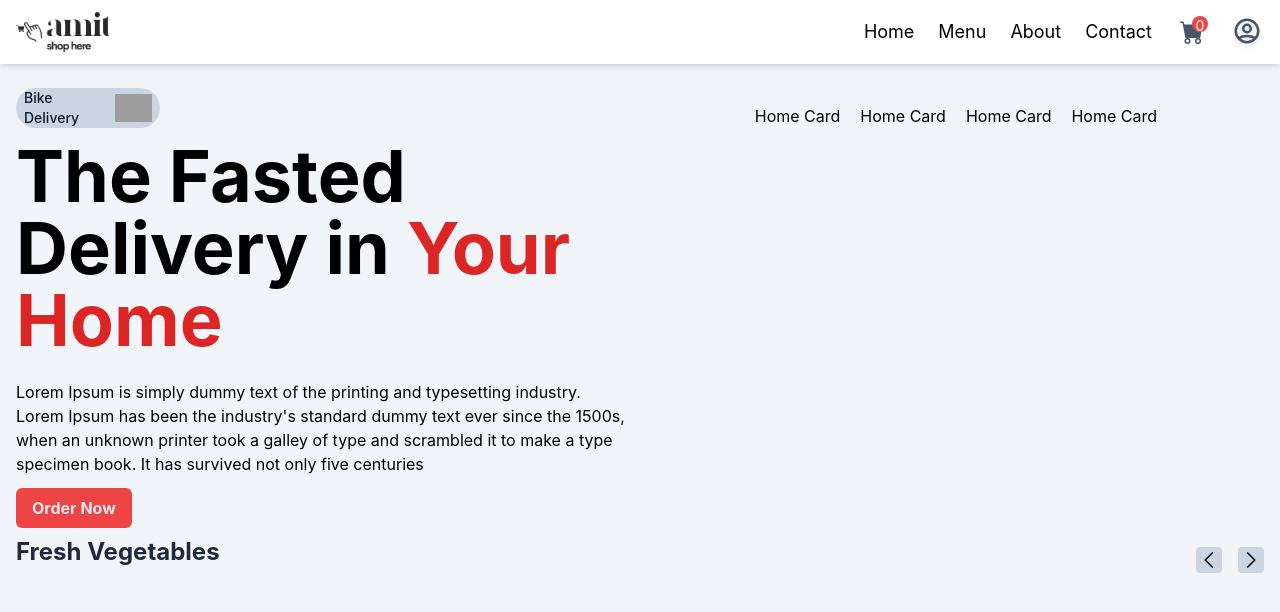
Repository: Lehuyhuynh/Web_ban_hoa_qua
Page: / (app in frontend/)
An editor plug-in stored every save of this project. The page is shown before and after the next save, followed by the edit.
The browser window is 1280 px wide. The pictures show the whole page.
Pictures or frames that could not be fetched are drawn as grey boxes. The page's requests for data from a server got no answer. The project was rebuilt for these pictures with package versions that can differ from the ones it lists, and the page was loaded fresh each time. No one was signed in, and anything a server would have sent is missing. Also part of the build but not shown: frontend/src/page/Menu.js, frontend/src/page/About.js, frontend/src/page/Contact.js, frontend/src/page/login.js, frontend/src/utility/ImagetoBase64.js, frontend/src/page/Newproduct.js, frontend/src/page/Signup.js.

Above is the page before, as saved 2024-01-05 21:10:50.

After the next save:
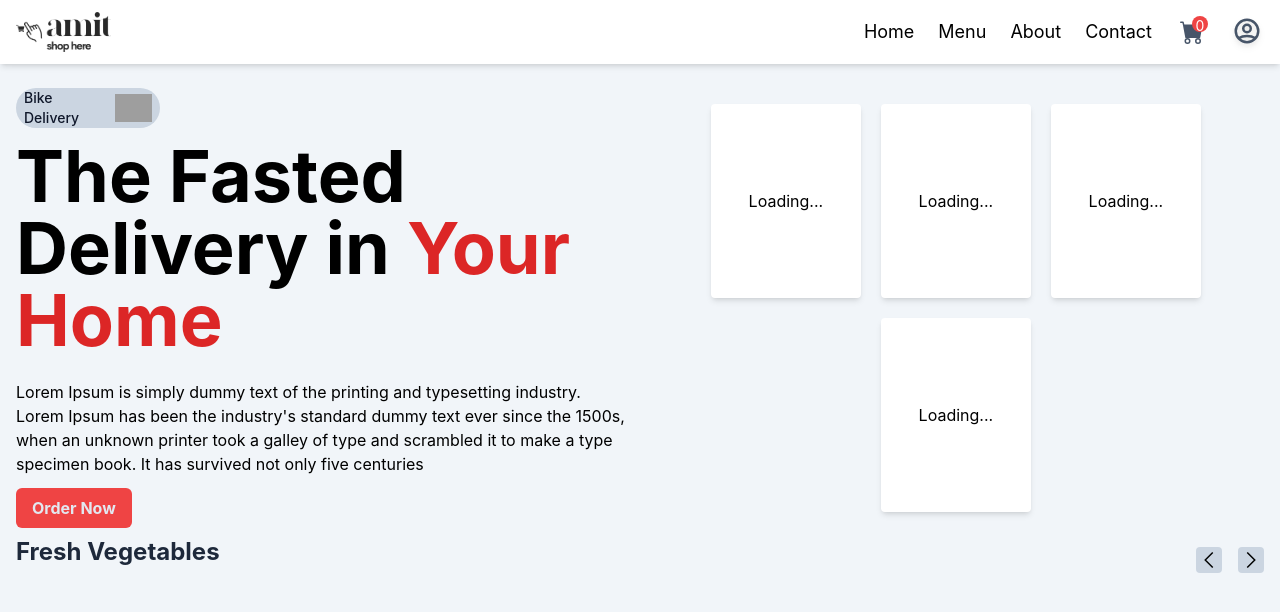
Saved 58 s later.
--- a/frontend/src/component/HomeCard.js
+++ b/frontend/src/component/HomeCard.js
@@ -1,8 +1,37 @@
 import React from "react";
 import { Link } from "react-router-dom";
 
-const HomeCard = () => {
-  return <div> Home Card</div>;
+const HomeCard = ({ name, image, category, price, loading, id }) => {
+  return (
+    <div className="bg-white shadow-md p-2 rounded min-w-[150px]">
+      {name ? (
+        <>
+          <Link
+            to={`/menu/${id}`}
+            onClick={() => window.scrollTo({ top: "0", behavior: "smooth" })}
+          >
+            <div className="w-40 min-h-[150px]">
+              <img src={image} className="h-full w-full" />
+            </div>
+            <h3 className="font-semibold text-slate-600 text-center capitalize text-lg">
+              {name}
+            </h3>
+            <p className="text-center text-slate-500  font-medium">
+              {category}
+            </p>
+            <p className="text-center font-bold">
+              <span className="text-red-500">đ</span>
+              <span>{price}</span>
+            </p>
+          </Link>
+        </>
+      ) : (
+        <div className="flex justify-center items-center h-full">
+          <p>{loading}</p>
+        </div>
+      )}
+    </div>
+  );
 };
 
 export default HomeCard;
